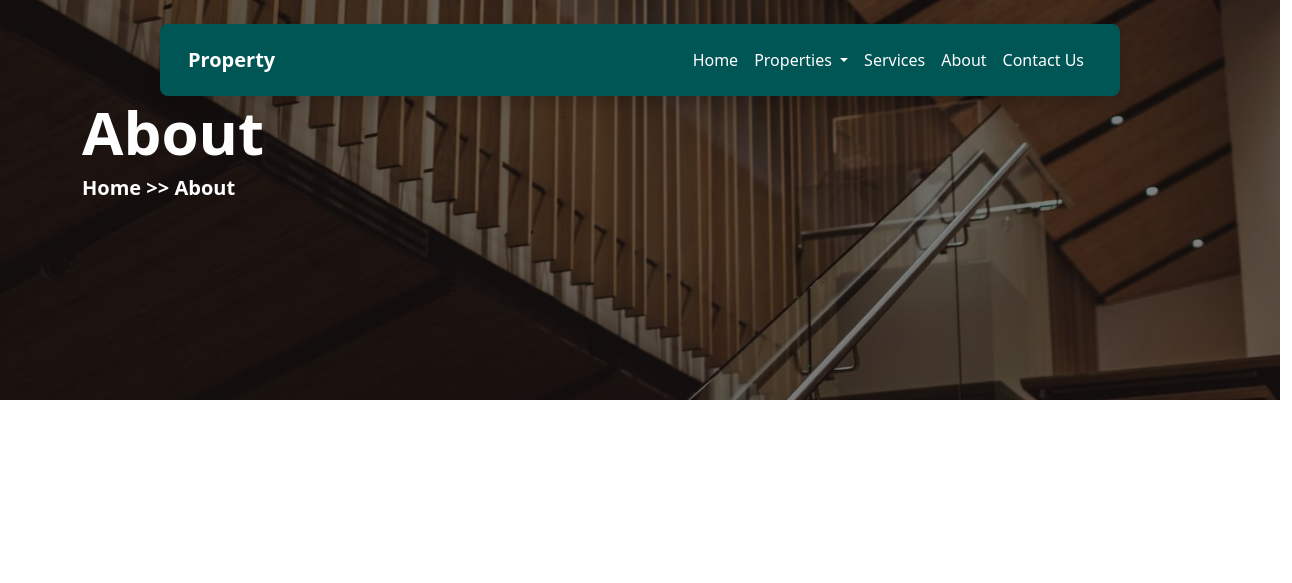
Repository: sameerrrrkhan911-git/Property
Page: service.html
These files come from the project's save history. The page is drawn as it stood at one moment and after a run of saves; the edit follows.
The browser window is 1280 px wide. The page is 1280 px wide, then 1292 px, then 1280 px, so the pictures cover 1292 px, including what lies to the right of the window. The pictures show the whole page.
Some web libraries are served in a nearby version.

Above is the page before, as saved 2025-09-28 15:34:24.

### service.html
<!doctype html>
<html lang="en">

<head>
    <meta charset="utf-8">
    <meta name="viewport" content="width=device-width, initial-scale=1">
    <title>Property</title>

    <!--====== LINKS ========-->
    <link href="https://cdn.jsdelivr.net/npm/bootstrap@5.3.8/dist/css/bootstrap.min.css" rel="stylesheet">
    <link
        href="https://fonts.googleapis.com/css2?family=Montserrat:wght@400;600&family=Open+Sans:wght@400;600&display=swap"
        rel="stylesheet">
    <link href="https://unpkg.com/aos@2.3.1/dist/aos.css" rel="stylesheet">
    <link href="https://cdn.jsdelivr.net/npm/remixicon@4.5.0/fonts/remixicon.css" rel="stylesheet">
    <link href="https://cdnjs.cloudflare.com/ajax/libs/tiny-slider/2.9.4/tiny-slider.css" rel="stylesheet">
    <link rel="stylesheet" href="assets/css/style2.css">
    <link rel="stylesheet" href="assets/css/style.css">

</head>

<body>

    <section class="mb-5" id="Right-Step">
        <div class="bg-holder overlay overlay-elixir">
        </div>

        <!-- Navbar -->
        <nav
            class="navbar navbar-expand-lg green-color p-3 mt-4 sticky-top position-absolute top-0 start-50 translate-middle-x w-75 rounded-3 shadow">
            <div class="container-fluid">
                <!-- Brand -->
                <a class="navbar-brand text-white fw-bold" href="#">Property</a>

                <!-- Toggler for Mobile -->
                <button class="navbar-toggler bg-light" type="button">
                    <span class="navbar-toggler-icon"></span>
                </button>

                <!-- Navbar Links -->
                <div class="collapse navbar-collapse" id="navbarNavDropdown">
                    <ul class="navbar-nav ms-auto">
                        <li class="nav-item">
                            <a class="nav-link text-white active" aria-current="page" href="#">Home</a>
                        </li>
                        <li class="nav-item dropdown">
                            <a class="nav-link dropdown-toggle text-white" href="#" role="button"
                                data-bs-toggle="dropdown" aria-expanded="false">
                                Properties
                            </a>
                            <ul class="dropdown-menu">
                                <li><a class="dropdown-item" href="#">Action</a></li>
                                <li><a class="dropdown-item" href="#">Another action</a></li>
                                <li><a class="dropdown-item" href="#">Something else here</a></li>
                            </ul>
                        </li>
                        <li class="nav-item"><a class="nav-link text-white" href="service.html">Services</a></li>
                        <li class="nav-item"><a class="nav-link text-white" href="about.html">About</a></li>
                        <li class="nav-item"><a class="nav-link text-white" href="contact.html">Contact Us</a></li>
                    </ul>
                </div>
            </div>
        </nav>

        <!--/.bg-holder-->
        <div class="forbg py-5">
            <div class="container">

                <div class="flex-1 mt-lg-5 mb-5">
                    <h2 style="font-size: 60px; color: white; font-weight: bold;">About</h2>
                    <h4 style="font-size: 20px; color: white; font-weight: bold;">Home >> About</h4>
                </div>
            </div>
        </div><!-- end of .container-->
    </section>

</body>

</html>

### assets/css/style.css
/* ==============================
   Root Variables
=================================*/
:root {
  --green-color: #005555;
   --heading-color: #2a3855;
}

.green-color {
  background-color: var(--green-color);
}

.green{
  color: var(--green-color);
}

.black{
  color: black;
}

.para{
  text-align: left;
}

.heading-color{
  color: var(--heading-color);
}

.z-9 {
  z-index: 9 !important;
}

.white {
  color: white;
}

.green-line{
   height: 2px;
  width: 120px;
 background-color: var(--green-color);
 margin-bottom: 10px;
}

.black-line{
   height: 2px;
  width: 80px;
 background-color: black;
 margin: 10px auto;
}

.white-bg{
  background-color: white;
}

.fs-6{
  font-size: 5px;
}

.marginn{
  margin-bottom: 30px;
}

.a{
  text-decoration: none;
}


.dark-grey{
  background-color: #cccccc;
}

.text-color{
  color: #909ba6;
}
/* ==============================
Header
=================================*/


/* Hero background */
.hero-header {
  background-image: url("../images/hero_bg_3.jpg") !important;
  background-repeat: no-repeat;
  background-position: center center;
  background-size: cover;
  min-height: 100vh;
  position: relative;
  display: flex;
  align-items: center;
}



/* Overlay */
.hero-header::before {
  content: "";
  position: absolute;
  top: 0;
  left: 0;
  width: 100%;
  height: 100%;
  background: rgba(0, 0, 0, 0.5);
  z-index: 0;
}

/* Keep hero text above overlay */
.hero {
  position: relative;
  z-index: 1;
}

/* White text */
.white {
  color: #fff !important;
}

/* Responsive adjustments */
@media (max-width: 768px) {
  nav.navbar {
    width: 90% !important;
    margin-top: 1rem !important;
    padding: 0.75rem 1rem !important;
  }

  .hero h1 {
    font-size: 1.75rem;
    line-height: 1.3;
  }

  .hero form {
    flex-direction: column !important;
    gap: 0.75rem;
  }

  .hero input {
    width: 100% !important;
  }

  .hero button {
    width: 100% !important;
  }
}

@media (max-width: 576px) {
  .hero h1 {
    font-size: 1.5rem;
  }
}

/* Popular properties */

.property-slider {
  overflow: hidden;
}

.property-item {
  background: #fff;
  border-radius: 8px;
  overflow: hidden;
}

.property-content {
  background: #fff;
  border-radius: 8px;
}

/* Features */

.features-1 {
    padding-top: 30px;
    position: relative;
    z-index: 8;
    text-align: center;
    background-color: rgba(0, 32, 74, 0.05);
}

/* ==========================
   Testimonials Section
========================== */

.sec-testimonials .heading {
  font-size: 2rem;
  font-weight: 700;
}

/* Prev/Next buttons */
#testimonial-nav {
  display: flex;
  gap: 10px;
}

#testimonial-nav span {
  cursor: pointer;
  font-size: 14px;
  color: #002855;
  background: #e9ecef;
  padding: 6px 14px;
  border-radius: 20px;
  transition: all 0.3s ease;
}

#testimonial-nav span:hover {
  background: #002855;
  color: #fff;
}

/* Testimonials layout */
.testimonial-slider {
  display: grid;
  grid-template-columns: repeat(auto-fit, minmax(300px, 1fr));
  gap: 40px;
  margin-top: 30px;
  text-align: center;
}

.testimonial {
  padding: 20px;
}

.testimonial img {
  width: 90px;
  height: 90px;
  object-fit: cover;
  margin-bottom: 15px;
  border: 3px solid #ddd;
}

.testimonial .rate {
  margin: 10px 0;
  font-size: 16px;
  color: #f1c40f;
}

.testimonial h3 {
  margin-bottom: 10px;
  font-size: 1.1rem;
  font-weight: 600;
}

.testimonial blockquote {
  font-style: italic;
  font-size: 0.95rem;
  color: #555;
  margin: 10px 0 15px;
}

.greyy{
  background-color: #efefef;
}

.testimonial p.text-muted {
  font-size: 0.85rem;
  color: #888;
}

.img-fluid {
   max-width: 100%;
    height: auto;
}

/* Call To Action */
.footer-cta {
  background: white ;
  padding: 50px;
}

.footer-cta .btn-primary {
  border-radius: 30px;
  font-size: 1.1rem;
  transition: all 0.3s ease;
}

.footer-cta .btn-primary:hover {
  background: #003f3f;
  transform: translateY(-3px);
  box-shadow: 0 6px 15px rgba(0,0,0,0.2);
}

/* Our Agents */
.section_1{
  background-color: #f8f9fa;
}

/* Agent Card */
.person {
  background: #fff;
  border-radius: 12px;
  padding: 60px 20px 30px;
  text-align: center;
  position: relative;
  box-shadow: 0 4px 20px rgba(0,0,0,0.05);
  transition: all 0.3s ease;
}

.person:hover {
  transform: translateY(-8px);
  box-shadow: 0 12px 30px rgba(0,0,0,0.1);
}

/* Profile Image */
.person img {
  width: 100px;
  height: 100px;
  object-fit: cover;
  border-radius: 50%;
  position: absolute;
  top: -50px;
  left: 50%;
  transform: translateX(-50%);
}

/* Text styling */
.person-contents h2 {
  margin-top: 60px;
  font-size: 1.2rem;
  font-weight: 600;
}

.person-contents .meta {
  font-size: 0.9rem;
  color: #6c757d;
  margin-bottom: 15px;
}

.person-contents p {
  font-size: 0.95rem;
  color: #555;
  margin-bottom: 20px;
}

/* Social icons */
.social a {
  display: inline-flex;
  justify-content: center;
  align-items: center;
  width: 40px;
  height: 40px;
  margin: 0 5px;
  border-radius: 50%;
  background: #002855;
  color: #fff;
  transition: all 0.3s ease;
  text-decoration: none;
}

.social a:hover {
  background: #005555;
}

h2 a {
  color: #000;
  text-decoration: none;
}

.roundd{

  border-radius: 50%;
  text-decoration: none;
  padding: 5px;
}

.font-color{
 color: #163060;
}

.forbg {
    height: 400px;
    background: linear-gradient(to bottom, rgba(0, 0, 0, 0.5), rgba(0, 0, 0, 0.5)), url(../images/hero_bg_1.jpg);
    background-size: cover;
    background-position: center;
}

Loaded but not shown: assets/css/style2.css (library)

After the next 2 saves:
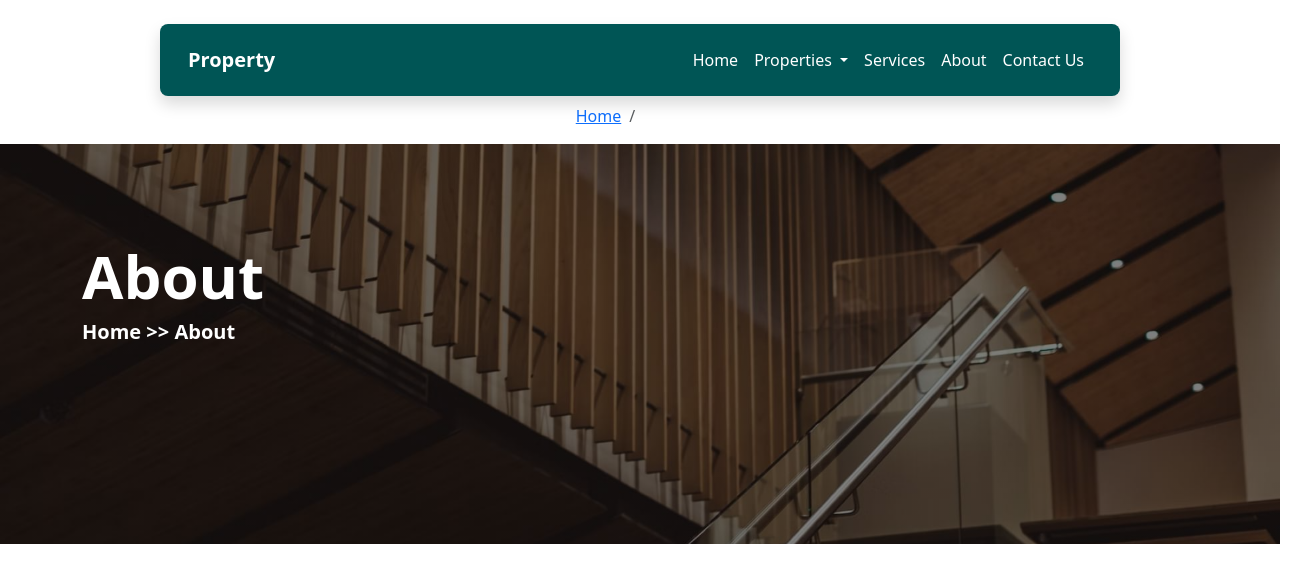
The 2 saves are shown as one change because they came seconds apart.
The last was saved 80 s later.
--- a/service.html
+++ b/service.html
@@ -20,6 +20,24 @@
 </head>
 
 <body>
+
+
+<div class="row justify-content-center align-items-center">
+          <div class="col-lg-9 text-center mt-5">
+            <h1 class="heading aos-init aos-animate" data-aos="fade-up">Services</h1>
+
+            <nav aria-label="breadcrumb" data-aos="fade-up" data-aos-delay="200" class="aos-init aos-animate">
+              <ol class="breadcrumb text-center justify-content-center">
+                <li class="breadcrumb-item"><a href="index.html">Home</a></li>
+                <li class="breadcrumb-item active text-white-50" aria-current="page">
+                  Services
+                </li>
+              </ol>
+            </nav>
+          </div>
+        </div>
+
+
 
     <section class="mb-5" id="Right-Step">
         <div class="bg-holder overlay overlay-elixir">

After the 4 saves that followed:
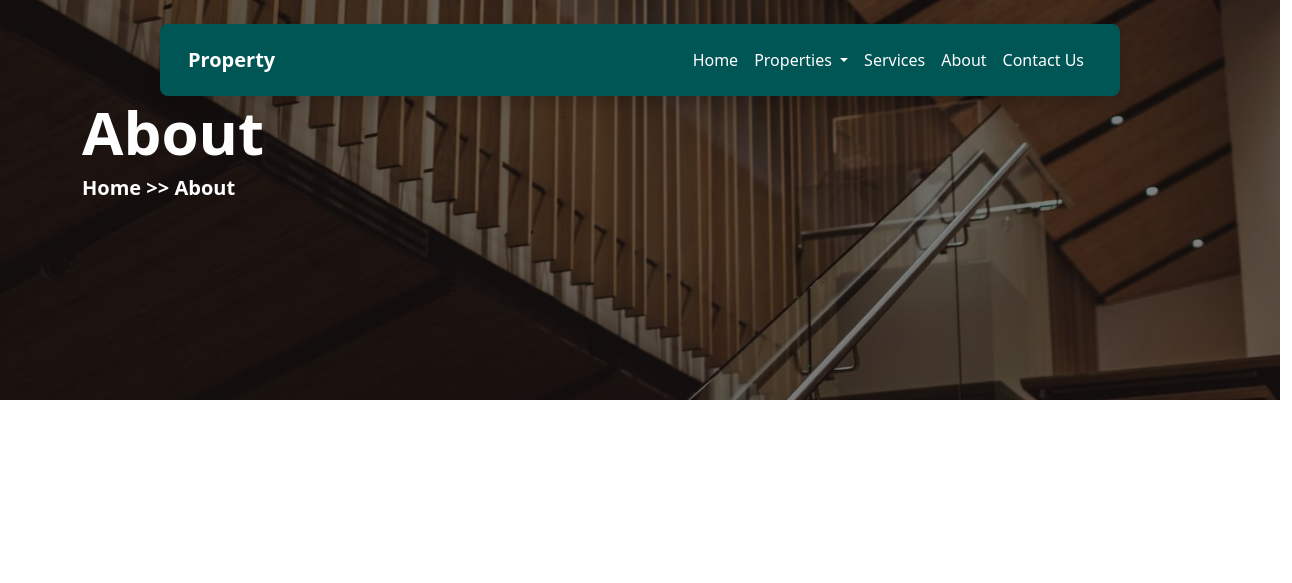
The 4 saves are shown as one change because they came seconds apart.
The last was saved 16 s later.
--- a/service.html
+++ b/service.html
@@ -20,25 +20,6 @@
 </head>
 
 <body>
-
-
-<div class="row justify-content-center align-items-center">
-          <div class="col-lg-9 text-center mt-5">
-            <h1 class="heading aos-init aos-animate" data-aos="fade-up">Services</h1>
-
-            <nav aria-label="breadcrumb" data-aos="fade-up" data-aos-delay="200" class="aos-init aos-animate">
-              <ol class="breadcrumb text-center justify-content-center">
-                <li class="breadcrumb-item"><a href="index.html">Home</a></li>
-                <li class="breadcrumb-item active text-white-50" aria-current="page">
-                  Services
-                </li>
-              </ol>
-            </nav>
-          </div>
-        </div>
-
-
-
     <section class="mb-5" id="Right-Step">
         <div class="bg-holder overlay overlay-elixir">
         </div>
